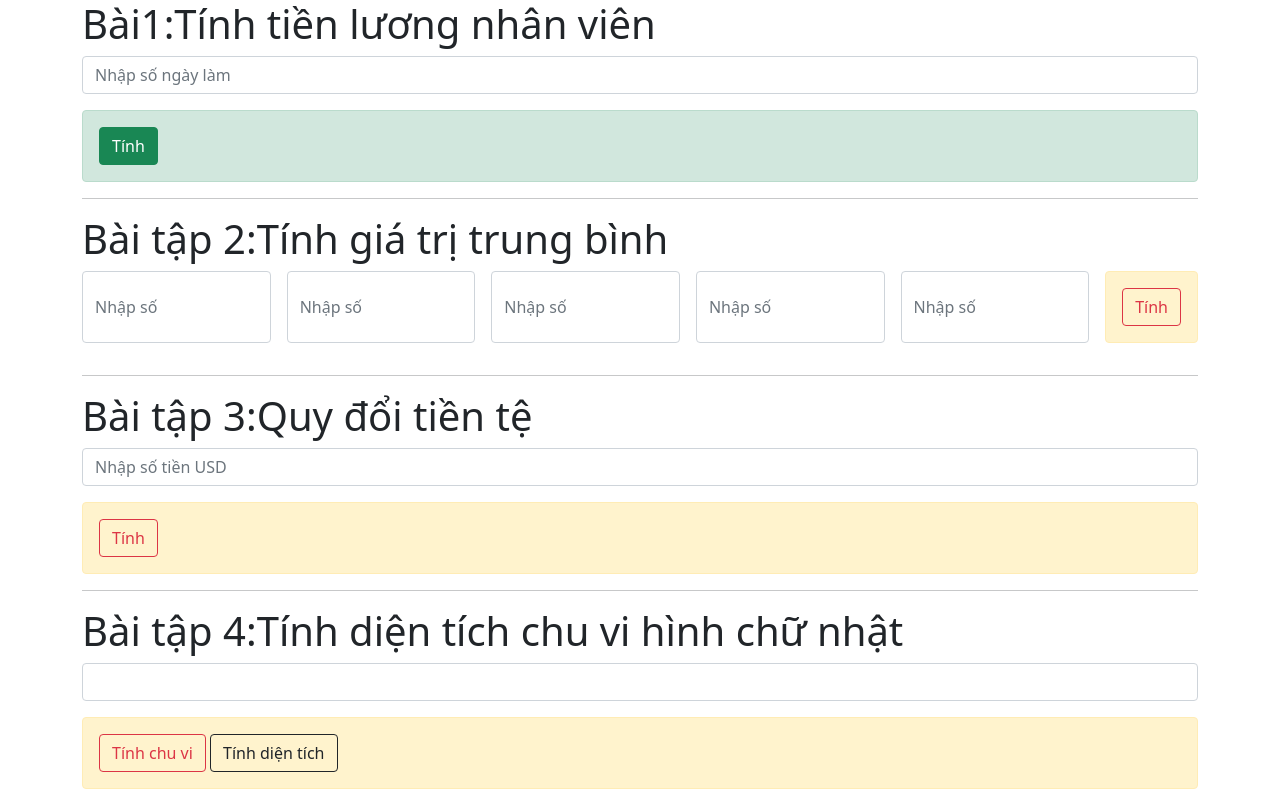
Repository: qkhanh1104k/Js-buoi2-3_giaodienbuoi1
Page: index.html
The author's editor kept a copy of each file at every save. The page is drawn from the files as they stood at one save, then again after the next save.
The browser window is 1280 px wide. The pictures show the whole page.

Above is the page before, as saved 2022-07-21 11:17:47.

### index.html
<!DOCTYPE html>
<html lang="en">
  <head>
    <meta charset="UTF-8" />
    <meta http-equiv="X-UA-Compatible" content="IE=edge" />
    <meta name="viewport" content="width=device-width, initial-scale=1.0" />
    <title>Document</title>
    <link
      href="https://cdn.jsdelivr.net/npm/bootstrap@5.1.3/dist/css/bootstrap.min.css"
      rel="stylesheet"
      integrity="sha384-1BmE4kWBq78iYhFldvKuhfTAU6auU8tT94WrHftjDbrCEXSU1oBoqyl2QvZ6jIW3"
      crossorigin="anonymous"
    />
  </head>
  <body>
    <div class="container">
      <h1>Bài1:Tính tiền lương nhân viên</h1>
      <div>
        <input
          type="text"
          id="txtNum"
          class="form-control mb-3"
          placeholder="Nhập số ngày làm"
        />
        <div class="alert alert-success" id="resultBT1">
          <button class="btn btn-success" onclick="demoWhile()">Tính</button>
        </div>
      </div>
      <hr />
      <h1>Bài tập 2:Tính giá trị trung bình</h1>
      <div class="d-flex gap-3">
        <input type="text" id="txtNum1Bt2" class="form-control mb-3" placeholder="Nhập số"  />
        <input type="text" id="txtNum2Bt2" class="form-control mb-3"placeholder="Nhập số" />
        <input type="text" id="txtNum3Bt2" class="form-control mb-3"placeholder="Nhập số" />
        <input type="text" id="txtNum4Bt2" class="form-control mb-3" placeholder="Nhập số"/>
        <input type="text" id="txtNum5Bt2" class="form-control mb-3"placeholder="Nhập số" />
        <div class="alert alert-warning" id="resBt2">
          <button class="btn btn-outline-danger" onclick="calcAvarage5()">
            Tính
          </button>
        </div>
        </div>
        <hr/>
        <h1>Bài tập 3:Quy đổi tiền tệ</h1>
        <div>
            <input type="text" class="form-control mb-3" id="txtNumBt3" placeholder="Nhập số tiền USD">
            <div class="alert alert-warning" id="resBt3">
                <button class="btn btn-outline-danger" onclick="changeMoney()">Tính</button>
            </div>
        </div>
        <hr>
        <h1>Bài tập 4:Tính diện tích chu vi hình chữ nhật</h1>
        <div>
            <input type="text" id="txtNumBt4" class="form-control mb-3" >
            <div id="resBt4" class="alert alert-warning">
                <button class="btn btn-outline-danger" onclick="calcPerimeter">Tính chu vi</button>
                <button class="btn btn-outline-dark" onclick="calcSquare">Tính diện tích</button>
            </div>
        </div>
    </div>


    <script src="./index.js"></script>
  </body>
</html>

### index.js
// bai tap 1
 /* input:lương 1 ngày, số ngày làm
    process:
    1.lấy input
    2.tính lương= số ngày *lương 1 ngày
    3.log ra màn hình
    output:tiền lương
  */
function demoWhile(){
    var value = +document.getElementById("txtNum").value;
    var salaryPerDay = 200000;
    var salary = value*salaryPerDay;
    document.getElementById("resultBT1").innerHTML= salary;
}

 //  bai tap 2
   /* input: 5 số thực
       process
       1.lấy 5 số thực
       2.tính trung bình 5 số
       3,log ra màn hình
       ouput: trung bình 5 số
   */
function calcAvarage5(){
    var num1 = +document.getElementById("txtNum1Bt2").value;
    var num2 = +document.getElementById("txtNum2Bt2").value;
    var num3 = +document.getElementById("txtNum3Bt2").value;
    var num4 = +document.getElementById("txtNum4Bt2").value;
    var num5 = +document.getElementById("txtNum5Bt2").value;
    var ave = (num1+num2+num3+num4+num5) / 5;
    document.getElementById("resBt2").innerHTML = ave;
}

 // bai tap 3
   /*
   input:giá usd, tiền usd
   process:
       1.lấy input số tiền đô
       2.lấy tiền đô*tiền việt
       3.log ra số tiền việt
   output:đổi ra tiền việt
   */
  function changeMoney(){
    var vnd = 23500;
    var usd = +document.getElementById("txtNumBt3").value;
    var moneyChange = vnd*usd;
    document.getElementById("resBt3").innerHTML = moneyChange;
  }

After the next save:
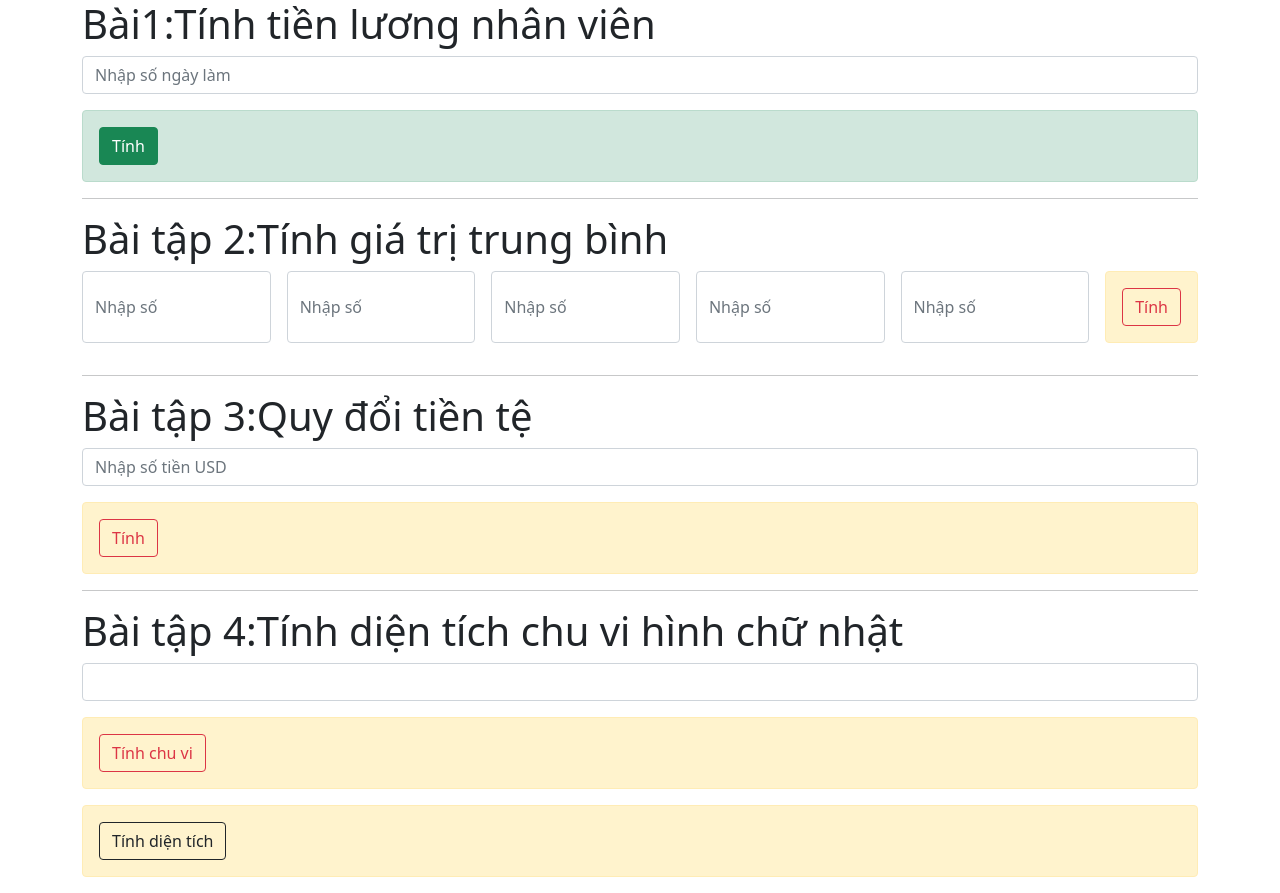
Saved 95 s later.
--- a/index.html
+++ b/index.html
@@ -52,8 +52,10 @@
         <h1>Bài tập 4:Tính diện tích chu vi hình chữ nhật</h1>
         <div>
             <input type="text" id="txtNumBt4" class="form-control mb-3" >
-            <div id="resBt4" class="alert alert-warning">
+            <div id="resBt41" class="alert alert-warning">
                 <button class="btn btn-outline-danger" onclick="calcPerimeter">Tính chu vi</button>
+            </div>
+            <div id="resBt42" class="alert alert-warning">
                 <button class="btn btn-outline-dark" onclick="calcSquare">Tính diện tích</button>
             </div>
         </div>
